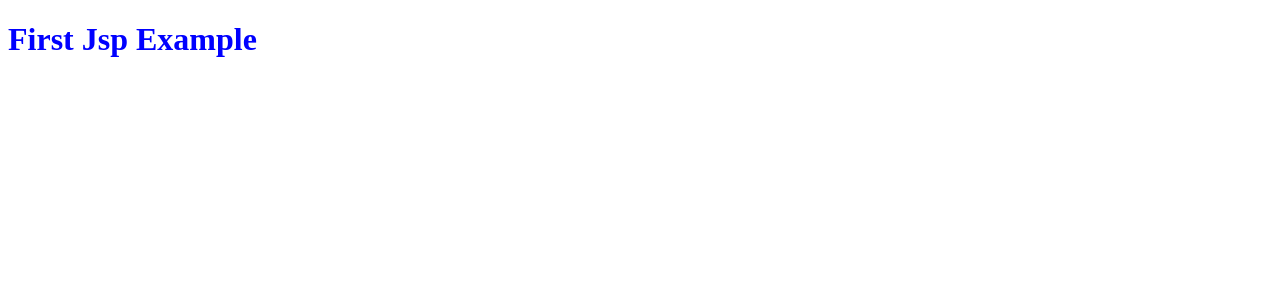
Repository: nikant20/Training
Page: http://localhost/javaee-jsp-demo/index.jsp
The author's editor kept a copy of each file at every save. The page is drawn from the files as they stood at one save, then again after the next save.
The browser window is 1280 px wide. The pictures show the whole page.
The page is served by Tomcat 9.

Above is the page before, as saved 2018-09-20 06:55:09.

After the next save:
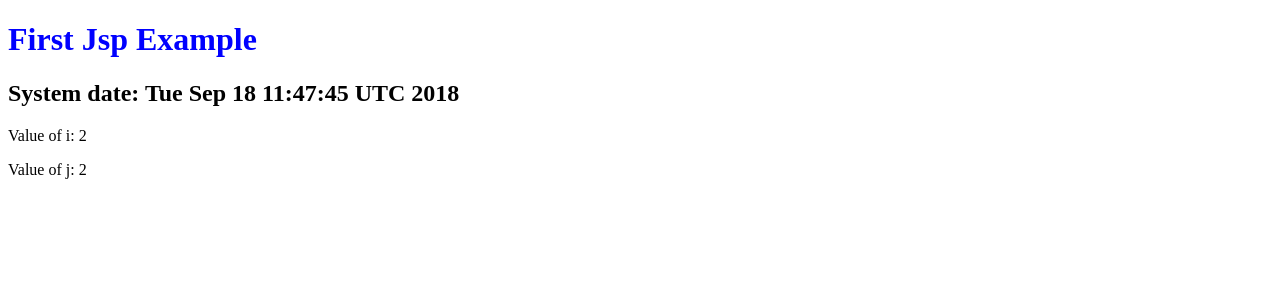
Saved 11 min 36 s later.
--- a/javaee-jsp-demo/WebContent/index.jsp
+++ b/javaee-jsp-demo/WebContent/index.jsp
@@ -1,3 +1,4 @@
+<%@page import="java.util.Date"%>
 <%@ page language="java" contentType="text/html; charset=ISO-8859-1"
     pageEncoding="ISO-8859-1"%>
 <!DOCTYPE html>
@@ -8,5 +9,19 @@
 </head>
 <body>
 	<h1 style="color:blue" >First Jsp Example</h1>
+
+	<%!
+		int i = 1;
+	%>
+	<%
+		int j = 1;
+	    i++;
+	    j++;
+	    Date date = new Date();
+	%>
+	<h2>System date: <%=date%></h2>
+	<p>Value of i: <%=i %></p>
+	<p>Value of j: <%=j %></p>
+
 </body>
 </html>
